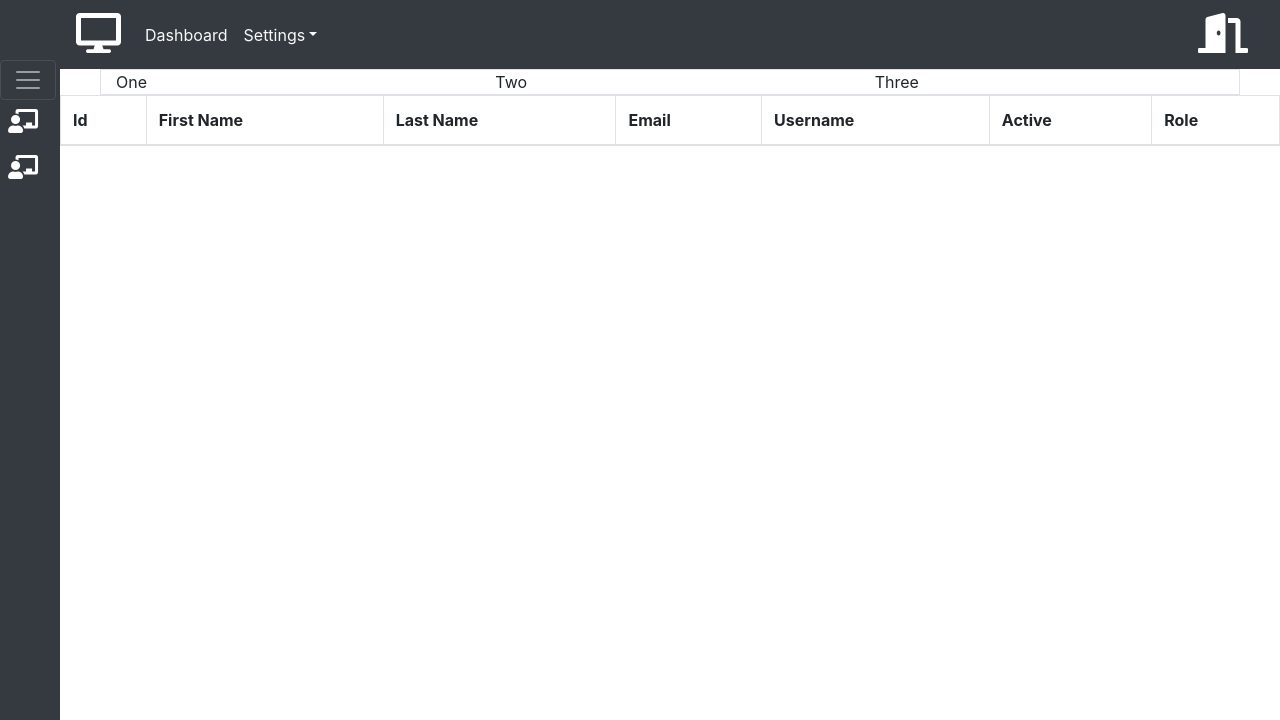
Repository: Pjosif/iDesk
Page: http://localhost/web/protected/userAdm.jsp
An editor plug-in stored every save of this project. The page is shown before and after the next save, followed by the edit.
The browser window is 1280 px wide. The pictures show the whole page.
Some web libraries are served in a nearby version. The page is served by Tomcat 9. Nobody is signed in. The application's start-up code is not run. The template is opened directly, without the code that normally fills it, so the values that code supplies are empty.

Above is the page before, as saved 2018-07-31 12:14:23.

After the next save:
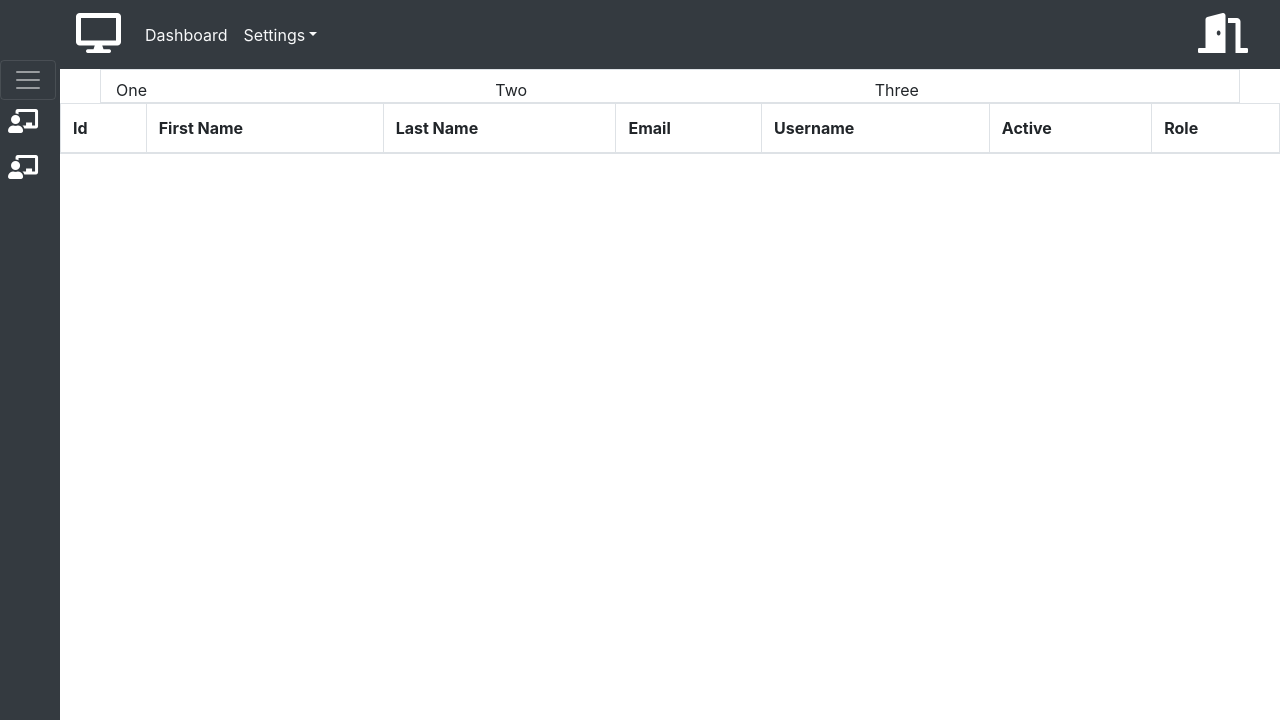
Saved 13 min 12 s later.
--- a/main/web/src/main/webapp/protected/userAdm.jsp
+++ b/main/web/src/main/webapp/protected/userAdm.jsp
@@ -15,7 +15,7 @@
 	<jsp:include page="../master/sidenav.jsp" />
 	<div id="main" class="main">
 		<jsp:include page="../master/header.jsp" />
-		<div class="container w-95 border">
+		<div class="container w-95 border pt-2">
 			<div class="row">
 				<div class="col-sm">One</div>
 				<div class="col-sm">Two</div>
